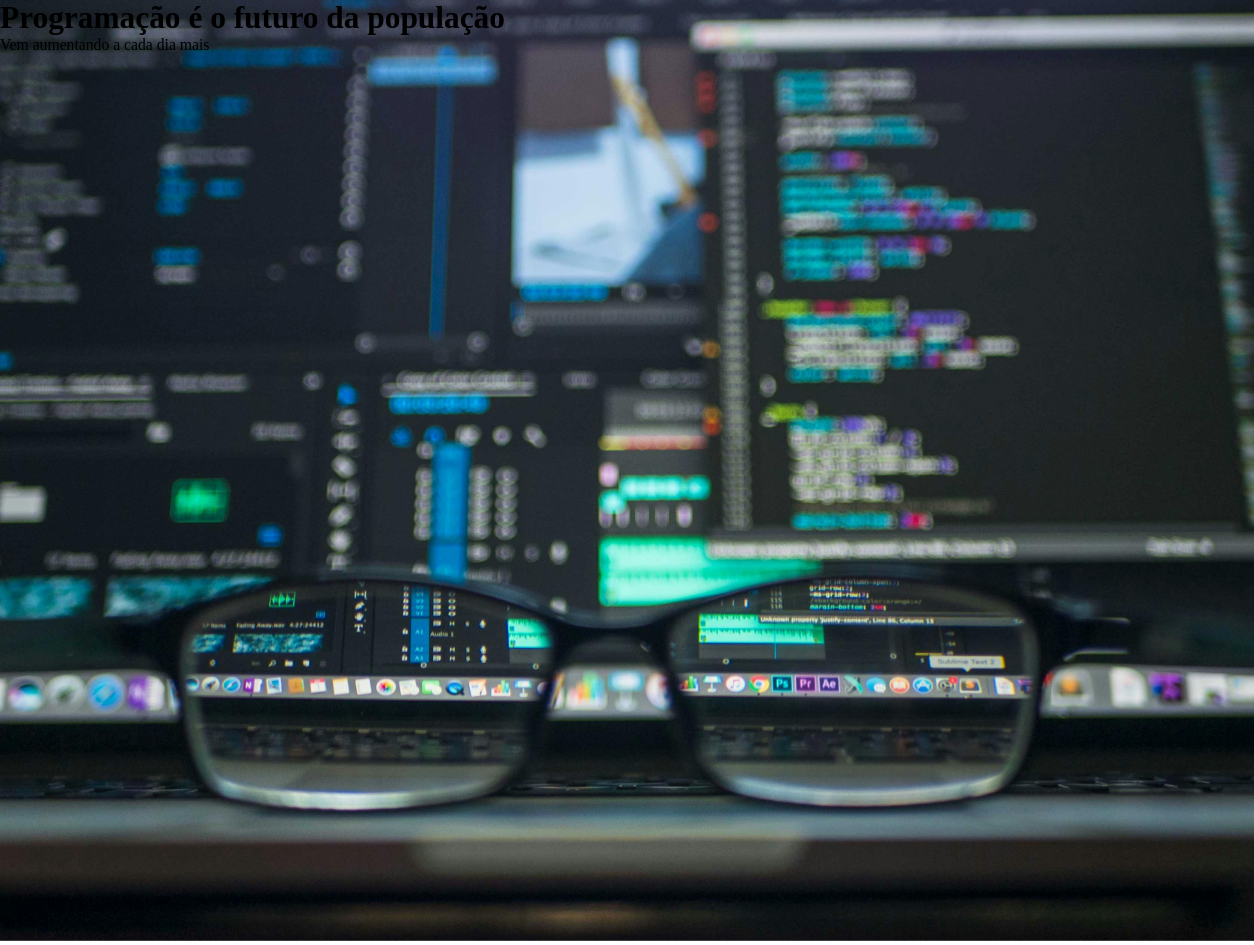
Repository: Caiquedev123/Sites
Page: index.html
An editor plug-in stored every save of this project. The page is shown before and after a run of saves, followed by the edit.
The browser window is 1280 px wide. The pictures show the whole page, at 98% of full size.

Above is the page before, as saved 2024-07-22 14:18:52.

### index.html
<!DOCTYPE html>
<html lang="en">
<head>
    <meta charset="UTF-8">
    <meta name="viewport" content="width=device-width, initial-scale=1.0">
    <title>Projeto</title>
    <link rel="stylesheet" href="style.css">
    <link rel="stylesheet" href="./reset.css">
</head>
<body>
    <div class="container">
        <h1>Programação é o futuro da população</h1>
        <p>Vem aumentando a cada dia mais</p>
    </div>
    <section class="imagens">
        <img src="./imagem/Progrmação.jpg" alt="programação">
    </section>
</body>
</html>

### style.css
body{background-color: rgb(255, 255, 255);}

.container{
    position: absolute;
    z-index: 1;
    text-align: start;
}

img{
    width: 100%;
    object-fit: cover;
    position: relative;
}

Loaded but not shown: reset.css (common file)

After the next 2 saves:
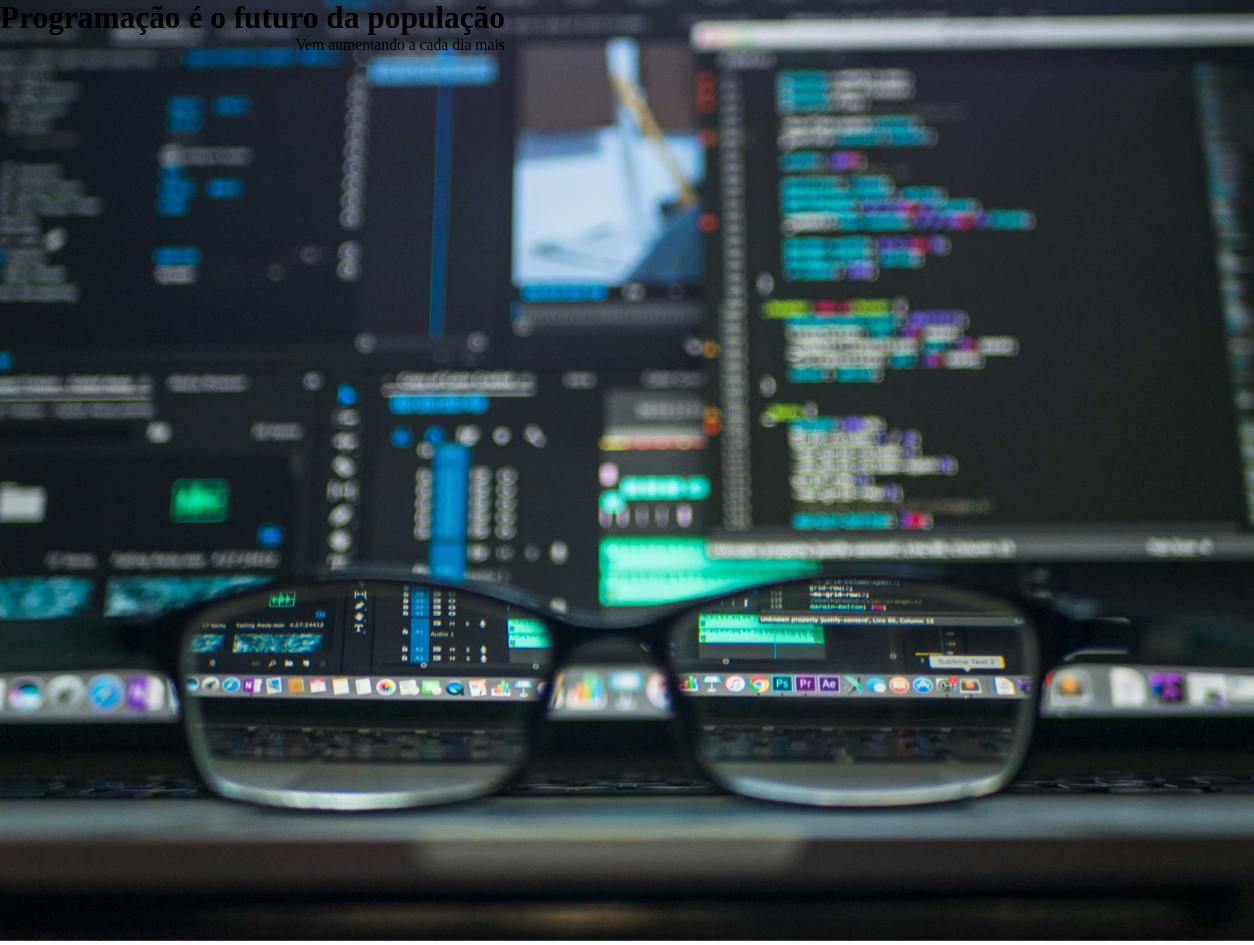
The 2 saves are shown as one change because they came seconds apart.
The last was saved 6 s later.
--- a/style.css
+++ b/style.css
@@ -3,7 +3,7 @@
 .container{
     position: absolute;
     z-index: 1;
-    text-align: start;
+    text-align: end;
 }
 
 img{

After the save that followed:
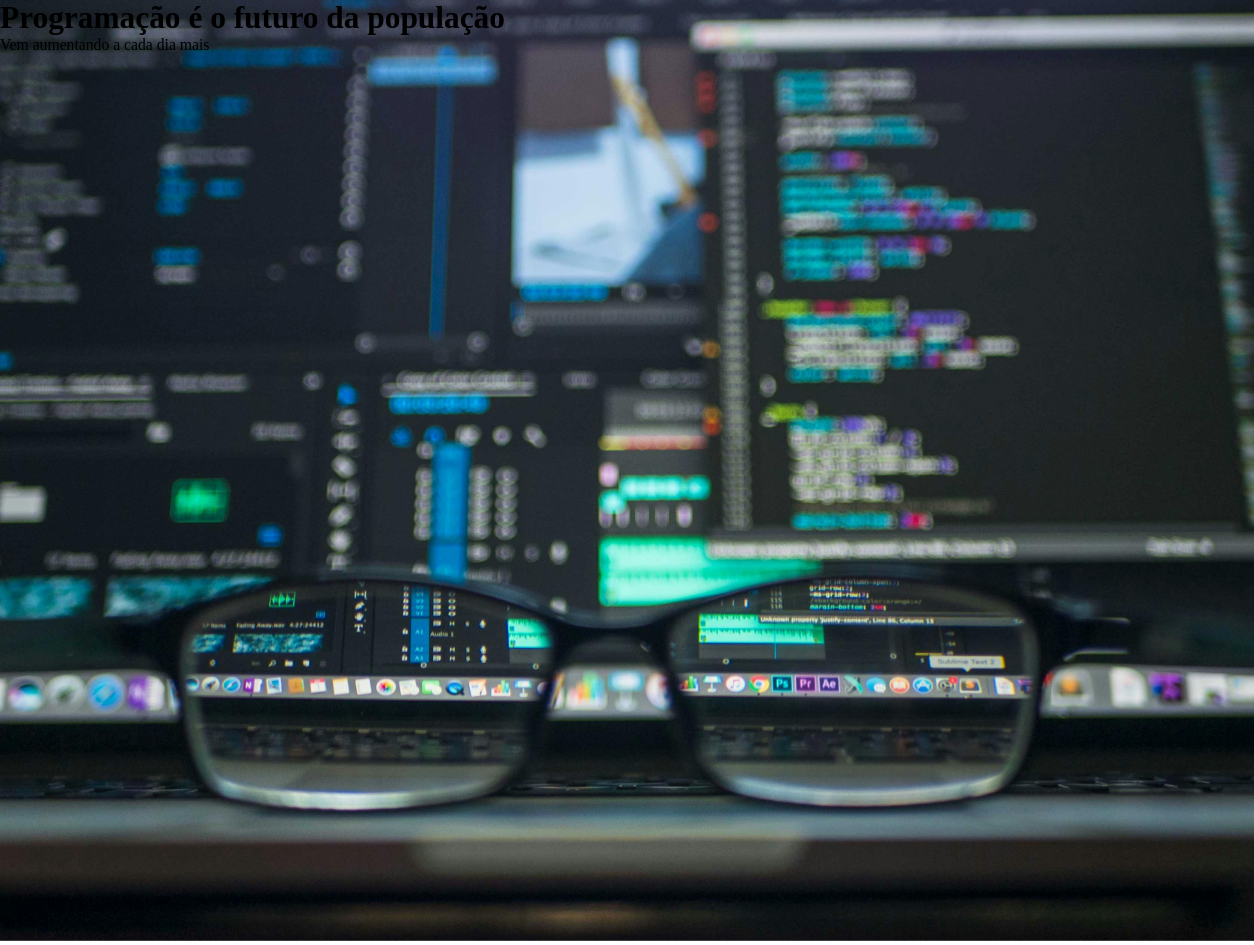
Saved 5 s later.
--- a/style.css
+++ b/style.css
@@ -3,7 +3,7 @@
 .container{
     position: absolute;
     z-index: 1;
-    text-align: end;
+    text-align: ;
 }
 
 img{
